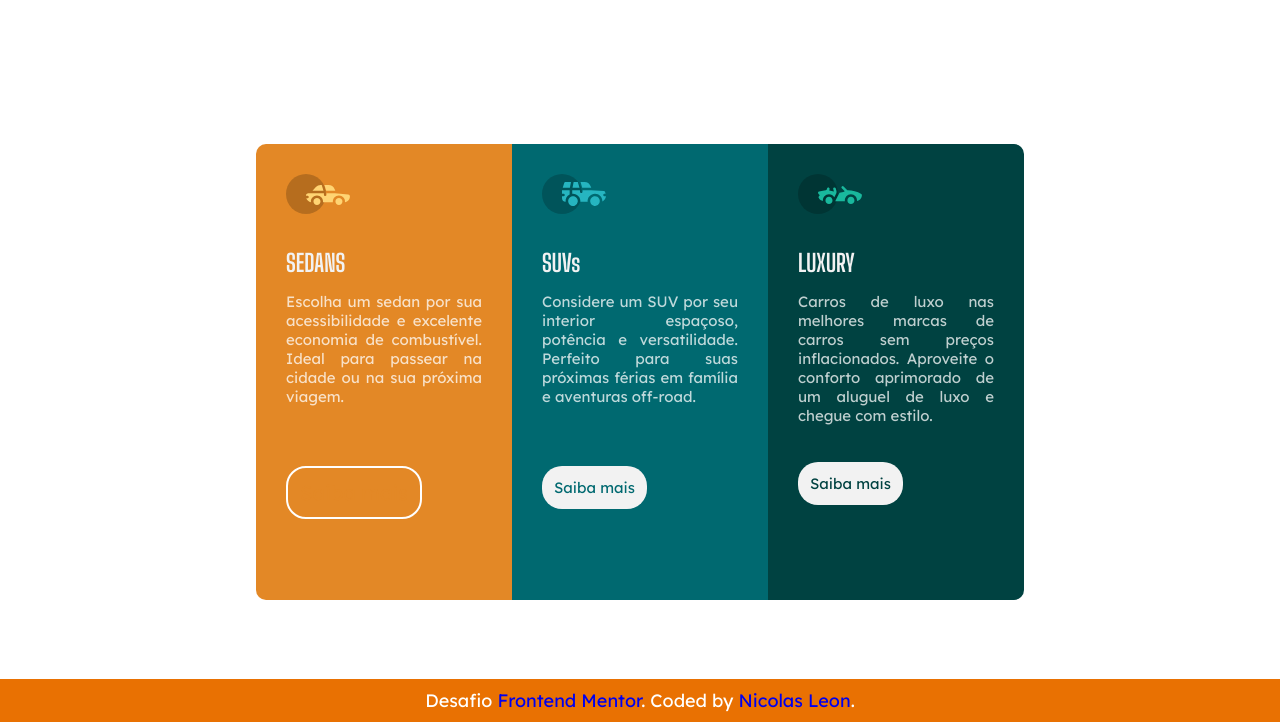
Repository: Leonngc/Car-cards
Page: index.html
An editor plug-in stored every save of this project. The page is shown before and after the next save, followed by the edit.
The browser window is 1280 px wide. The pictures show the whole page.
The pointer rests on the first visible `button > a`.

Above is the page before, as saved 2023-01-17 20:13:49.

### index.html
<!DOCTYPE html>
<html lang="pt-br">
  <head>
    <meta charset="UTF-8" />
    <meta name="viewport" content="width=device-width, initial-scale=1.0" />
    <!-- displays site properly based on user's device -->

    <link
      rel="icon"
      type="image/png"
      sizes="32x32"
      href="./images/favicon-32x32.png"
    />

    <link rel="stylesheet" href="styles/style.css" />

    <title>Frontend Mentor | 3-column preview card component</title>

    <!-- Feel free to remove these styles or customise in your own stylesheet 👍 -->
  </head>
  <body>
    <main>
      <div class="card" id="sedan">
        <div class="image"><img src="images/icon-sedans.svg" alt="" /></div>
        <h2>SEDANS</h2>
        <p>
          Escolha um sedan por sua acessibilidade e excelente economia de
          combustível. Ideal para passear na cidade ou na sua próxima viagem.
        </p>
        <button id="sedan-btn"><a href="https://www.webmotors.com.br/sedans">Saiba mais</a></button>
      </div>
      <div class="card" id="suv">
        <div class="image"><img src="images/icon-suvs.svg" alt="" /></div>

        <h2>SUVs</h2>
        <p>
          Considere um SUV por seu interior espaçoso, potência e versatilidade.
          Perfeito para suas próximas férias em família e aventuras off-road.
        </p>
        <button id="suv-btn"><a href="https://www.webmotors.com.br/suvs">Saiba mais</a></button>
      </div>
      <div class="card" id="luxury">
        <div class="image"><img src="images/icon-luxury.svg" alt="" /></div>
        <h2>LUXURY</h2>
        <p>
          Carros de luxo nas melhores marcas de carros sem preços inflacionados.
          Aproveite o conforto aprimorado de um aluguel de luxo e chegue com
          estilo.
        </p>
        <button id="luxury-btn"><a href="http://www.consultingcars.com.br/">Saiba mais</a></button>
      </div>
    </main>

    <footer class="attribution">
      <p>
        Desafio
        <a href="https://www.frontendmentor.io?ref=challenge" target="_blank"
          >Frontend Mentor</a
        >. Coded by <a href="https://www.instagram.com/leonn_gc/">Nicolas Leon</a>.
      </p>
    </footer>
  </body>
</html>

### styles/style.css
@import url("https://fonts.googleapis.com/css2?family=Lexend+Deca&display=swap");

@import url("https://fonts.googleapis.com/css2?family=Big+Shoulders+Display:wght@700&display=swap");

* {
  margin: 0 auto;
  padding: 0;
}

:root {
  --font-body: "Lexend Deca", sans-serif;

  --font-title: "Big Shoulders Display", cursive;
}

/* Basic styles */

main {
  display: flex;
  margin: auto;
  margin-top: 20vh;
  margin-left: 20vw;
  margin-right: 20vw;
}
.card {
  padding: 30px;
  height: 55vh;
  width: 90vw;
}
.card > p {
  font-family: var(--font-body);
  margin-bottom: 60px;
  text-align: justify;
  font-size: 15px;
  color: hsla(0, 0%, 100%, 0.75);
}
.card > h2 {
  font-family: var(--font-title);
  padding-top: 30px;
  padding-bottom: 15px;
  color: hsl(0, 0%, 95%);
}

#sedan {
  background-color: hsl(31, 77%, 52%);
  border-top-left-radius: 10px;
  border-bottom-left-radius: 10px;
}

#suv {
  background-color: hsl(184, 100%, 22%);
}

#luxury {
  background-color: hsl(179, 100%, 13%);
  border-top-right-radius: 10px;
  border-bottom-right-radius: 10px;
}

#luxury > p {
  margin-bottom: 37px;
}

button {
  padding: 12px;
  border-radius: 20px;
  background-color: hsl(0, 0%, 95%);
  border: 0;
  font-family: var(--font-body);
  font-size: 15px;

}

#sedan-btn > a{
    color: hsl(31, 77%, 52%);
}

#suv-btn > a{
    color: hsl(184, 100%, 22%);
}

#luxury-btn > a{
    color: hsl(179, 100%, 13%);
}


footer > p {
  background-color: rgb(233, 113, 2);
  color: white;
  font-size: 18px;
  margin-top: 11vh;
  padding: 10px;
  text-align: center;
  font-family: var(--font-body);
}

a {
  text-decoration: none;
}

/* Animations */
button:hover {
  background-color: hsla(0, 0%, 54%, 0);
  border: 2px solid rgb(255, 255, 255);
  color: #FFF;
}

button > a:hover {
  font-size: 20px;
  color: white;
}

/* Media Queries */
@media screen and (max-width: 650px) {
  main {
    display: flex;
    flex-direction: column;
    margin-top: 20vh;
    margin-left: 10vw;
    margin-right: 10vw;
  }

  .card {
    height: 40vh;
    width: 60vw;
    padding-bottom: 110px;
  }

  .card > h2 {
    font-size: 35px;
    padding-top: 30px;
    padding-bottom: 22px;
  }
  .card > p {
    font-size: 18px;
  }
  #sedan {
    border-radius: 0;
    border-top-left-radius: 10px;
    border-top-right-radius: 10px;
  }
  #luxury {
    border-radius: 0px 0px 10px 10px;
  }

  button{
    width: 180px;
    padding: 10px;
    border-radius: 20px;
    margin-left: 12vw;
  }
}

After the next save:
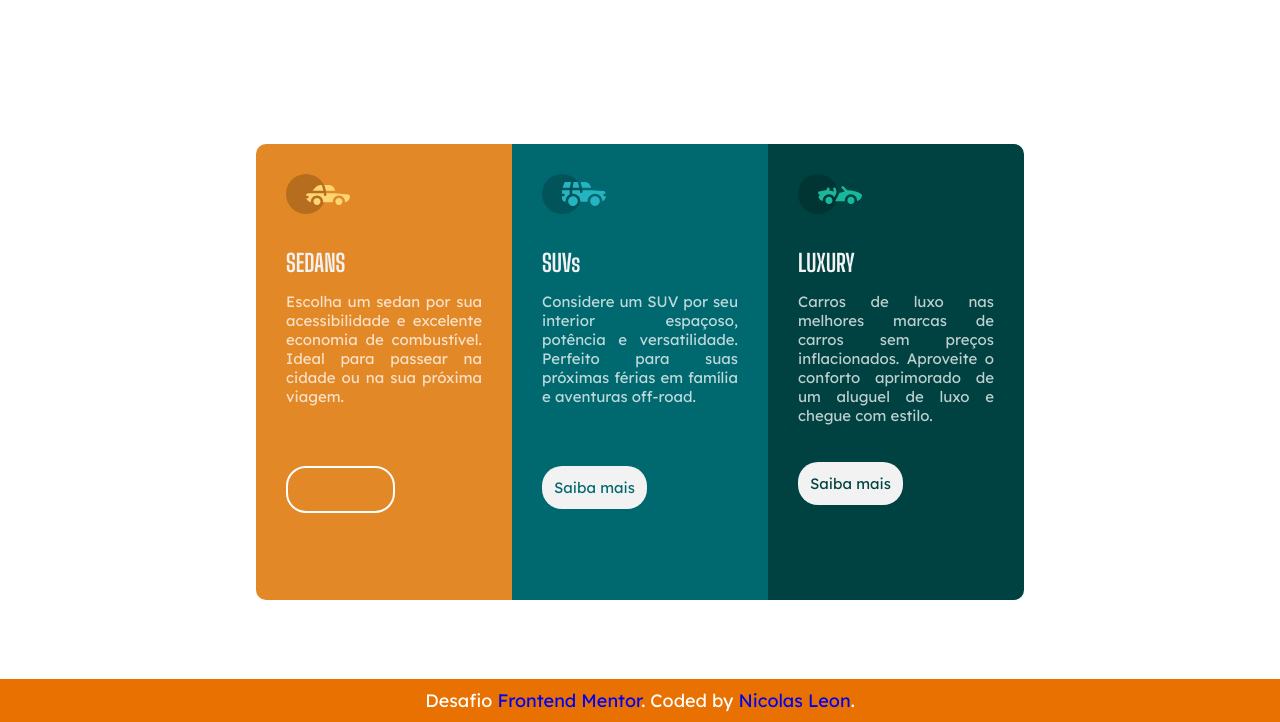
Saved 30 s later.
--- a/styles/style.css
+++ b/styles/style.css
@@ -105,10 +105,6 @@
   color: #FFF;
 }
 
-button > a:hover {
-  font-size: 20px;
-  color: white;
-}
 
 /* Media Queries */
 @media screen and (max-width: 650px) {
